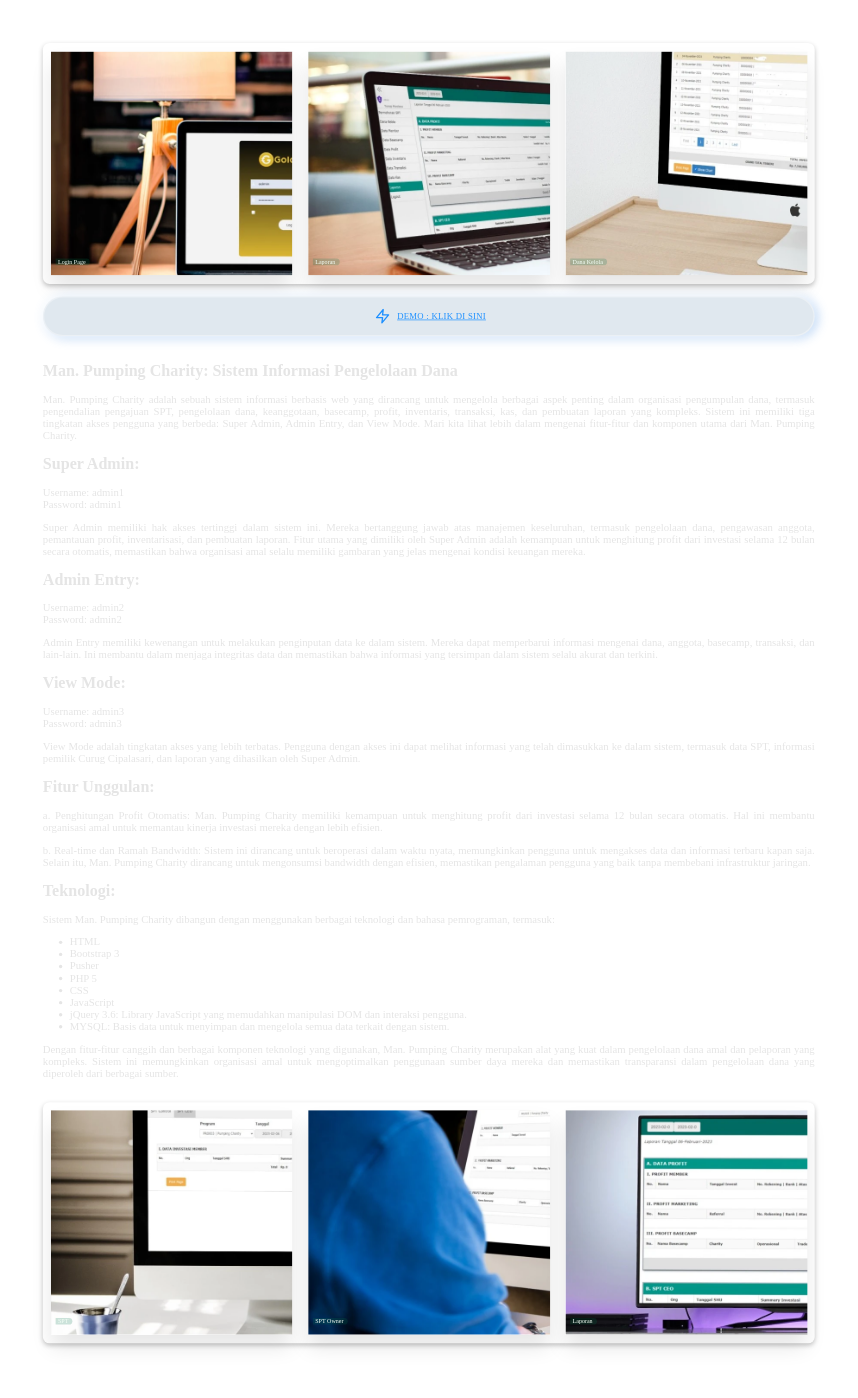
Repository: yusup-maulana/yusup-maulana.github.io
Page: portofolio-manpumping.html
The author's editor kept a copy of each file at every save. The page is drawn from the files as they stood at one save, then again after the next save.
The browser window is 1280 px wide. The pictures show the whole page, at 67% of full size.
Some web fonts or font styles are not loaded; a fallback is used.

Above is the page before, as saved 2023-10-06 21:53:29.

### portofolio-manpumping.html
<style type="text/css">
  @import url("https://fonts.googleapis.com/css?family=Baloo+Chettan+2&display=swap");

  .body2::-webkit-scrollbar {
    width: 0.5em;
  }

  .body2::-webkit-scrollbar-track {
    box-shadow: inset 0 0 6px rgb(167 167 167 / 41%);
    background-color: #061e29;
  }

  .body2::-webkit-scrollbar-thumb {
    background-color: #00f1ffab;
  }

  .body2 {
    font-family: "Baloo Chettan 2";
    color: #e5e5e5;
    margin: 2%;
    text-align: justify;
    padding: 3%;
  }

  .body2 a {
    color: dodgerblue;
  }

  /* table wisata ...................*/
  .twisata {
  }

  .twisata tr {
    background: linear-gradient(90deg, #1193a1, transparent);
    color: white;
    font-weight: 900;
    border: 3px solid #ffffff;
  }

  .twisata tr td {
  }

  .twisata tr td span {
    background: #bdffda;
    font-weight: 900;
    padding: 1px 6px;
    border-radius: 5px;
    color: #08102b;
  }

  /* wisata-container ...................*/
  .container-wisata {
    box-shadow: rgb(0 0 0 / 24%) 0px 3px 8px;
    display: flex;
    width: 100%;
    padding: 1% 0%;
    box-sizing: border-box;
    height: 50vh;
    border-radius: 10px;
  }

  .boxwisata {
    flex: 1;
    overflow: hidden;
    transition: 0.5s;
    margin: 1px 1%;
    box-shadow: 0 20px 30px rgba(0, 0, 0, 0.1);
    line-height: 0;
  }

  .boxwisata > img {
    width: 200%;
    height: calc(100% - 10vh);
    object-fit: cover;
    transition: 0.5s;
    height: 100% !important;
  }

  .boxwisata > span {
    position: relative;
    left: 7px;
    font-size: xx-small;
    color: #f5fff7 !important;
    bottom: 20px;
    white-space: nowrap;
    background-color: rgb(1 118 74 / 20%);
    padding: 0 6px 0 4px;
    border-radius: 0 10px 10px 0;
  }

  .boxwisata:hover {
    flex: 1 1 50%;
  }

  .boxwisata:hover > img {
    width: 100%;
    height: 100%;
  }

  .btn-portofolio {
    display: flex;
    align-items: center;
    justify-content: center;
    gap: 10px;
    font-family: inherit;
    font-size: 13px;
    font-weight: 500;
    text-transform: uppercase;
    letter-spacing: 0.4px;
    color: #7e97b8;
    background-color: #e0e8ef;
    border-style: solid;
    border-width: 2px 2px 2px 2px;
    border-color: rgba(255, 255, 255, 0.333);
    border-radius: 40px 40px 40px 40px;
    padding: 16px 24px 16px 28px;
    transform: translate(0px, 0px) rotate(0deg);
    transition: 0.2s;
    box-shadow: -4px -2px 16px 0px #ffffff,
      4px 2px 16px 0px rgb(95 157 231 / 48%);
  }

  .btn-portofolio:hover {
    color: #516d91;
    background-color: #e5edf5;
    box-shadow: -2px -1px 8px 0px #ffffff, 2px 1px 8px 0px rgb(95 157 231 / 48%);
  }

  .btn-portofolio:active {
    box-shadow: none;
  }
</style>
<div class="container-wisata">
  <div class="boxwisata">
    <img alt="Curug Cipalasari" src="IMG/pumpingcharity/man.pumpingc1.webp" />
    <span>Login Page</span>
  </div>
  <div class="boxwisata">
    <img alt="Curug Cipalasari" src="IMG/pumpingcharity/man.pumpingc2.webp" />
    <span>Laporan</span>
  </div>
  <div class="boxwisata">
    <img alt="Curug Cipalasari" src="IMG/pumpingcharity/man.pumpingc3.webp" />
    <span>Dana Kelola</span>
  </div>
</div>
<br />

<body class="body2">
  <a
    class="btn-portofolio"
    target="_blank"
    href="https://maulana-project122.000webhostapp.com/"
  >
    <svg
      viewBox="0 0 24 24"
      width="24"
      height="24"
      stroke="currentColor"
      stroke-width="2"
      fill="none"
      stroke-linecap="round"
      stroke-linejoin="round"
      class="css-i6dzq1"
    >
      <polygon points="13 2 3 14 12 14 11 22 21 10 12 10 13 2"></polygon>
    </svg>
    Demo : Klik di sini </a
  ><br />
  <h2>Man. Pumping Charity: Sistem Informasi Pengelolaan Dana</h2>
  <p>
    Man. Pumping Charity adalah sebuah sistem informasi berbasis web yang
    dirancang untuk mengelola berbagai aspek penting dalam organisasi
    pengumpulan dana, termasuk pengendalian pengajuan SPT, pengelolaan dana,
    keanggotaan, basecamp, profit, inventaris, transaksi, kas, dan pembuatan
    laporan yang kompleks. Sistem ini memiliki tiga tingkatan akses pengguna
    yang berbeda: Super Admin, Admin Entry, dan View Mode. Mari kita lihat lebih
    dalam mengenai fitur-fitur dan komponen utama dari Man. Pumping Charity.
  </p>

  <h2>Super Admin:</h2>
  <p>Username: admin1<br />Password: admin1</p>
  <p>
    Super Admin memiliki hak akses tertinggi dalam sistem ini. Mereka
    bertanggung jawab atas manajemen keseluruhan, termasuk pengelolaan dana,
    pengawasan anggota, pemantauan profit, inventarisasi, dan pembuatan laporan.
    Fitur utama yang dimiliki oleh Super Admin adalah kemampuan untuk menghitung
    profit dari investasi selama 12 bulan secara otomatis, memastikan bahwa
    organisasi amal selalu memiliki gambaran yang jelas mengenai kondisi
    keuangan mereka.
  </p>

  <h2>Admin Entry:</h2>
  <p>Username: admin2<br />Password: admin2</p>
  <p>
    Admin Entry memiliki kewenangan untuk melakukan penginputan data ke dalam
    sistem. Mereka dapat memperbarui informasi mengenai dana, anggota, basecamp,
    transaksi, dan lain-lain. Ini membantu dalam menjaga integritas data dan
    memastikan bahwa informasi yang tersimpan dalam sistem selalu akurat dan
    terkini.
  </p>

  <h2>View Mode:</h2>
  <p>Username: admin3<br />Password: admin3</p>
  <p>
    View Mode adalah tingkatan akses yang lebih terbatas. Pengguna dengan akses
    ini dapat melihat informasi yang telah dimasukkan ke dalam sistem, termasuk
    data SPT, informasi pemilik Curug Cipalasari, dan laporan yang dihasilkan
    oleh Super Admin.
  </p>

  <h2>Fitur Unggulan:</h2>
  <p>
    a. Penghitungan Profit Otomatis: Man. Pumping Charity memiliki kemampuan
    untuk menghitung profit dari investasi selama 12 bulan secara otomatis. Hal
    ini membantu organisasi amal untuk memantau kinerja investasi mereka dengan
    lebih efisien.
  </p>
  <p>
    b. Real-time dan Ramah Bandwidth: Sistem ini dirancang untuk beroperasi
    dalam waktu nyata, memungkinkan pengguna untuk mengakses data dan informasi
    terbaru kapan saja. Selain itu, Man. Pumping Charity dirancang untuk
    mengonsumsi bandwidth dengan efisien, memastikan pengalaman pengguna yang
    baik tanpa membebani infrastruktur jaringan.
  </p>

  <h2>Teknologi:</h2>
  <p>
    Sistem Man. Pumping Charity dibangun dengan menggunakan berbagai teknologi
    dan bahasa pemrograman, termasuk:
  </p>
  <ul>
    <li>HTML</li>
    <li>Bootstrap 3</li>
    <li>Pusher</li>
    <li>PHP 5</li>
    <li>CSS</li>
    <li>JavaScript</li>
    <li>
      jQuery 3.6: Library JavaScript yang memudahkan manipulasi DOM dan
      interaksi pengguna.
    </li>
    <li>
      MYSQL: Basis data untuk menyimpan dan mengelola semua data terkait dengan
      sistem.
    </li>
  </ul>

  <p>
    Dengan fitur-fitur canggih dan berbagai komponen teknologi yang digunakan,
    Man. Pumping Charity merupakan alat yang kuat dalam pengelolaan dana amal
    dan pelaporan yang kompleks. Sistem ini memungkinkan organisasi amal untuk
    mengoptimalkan penggunaan sumber daya mereka dan memastikan transparansi
    dalam pengelolaan dana yang diperoleh dari berbagai sumber.
  </p>

  <br />
  <div class="container-wisata">
    <div class="boxwisata">
      <img alt="Curug Cipalasari" src="IMG/pumpingcharity/man.pumpingc4.webp" />
      <span>SPT</span>
    </div>
    <div class="boxwisata">
      <img alt="Curug Cipalasari" src="IMG/pumpingcharity/man.pumpingc5.webp" />
      <span>SPT Owner</span>
    </div>
    <div class="boxwisata">
      <img alt="Curug Cipalasari" src="IMG/pumpingcharity/man.pumpingc6.webp" />
      <span>Laporan</span>
    </div>
  </div>
  <br />
</body>

After the next save:
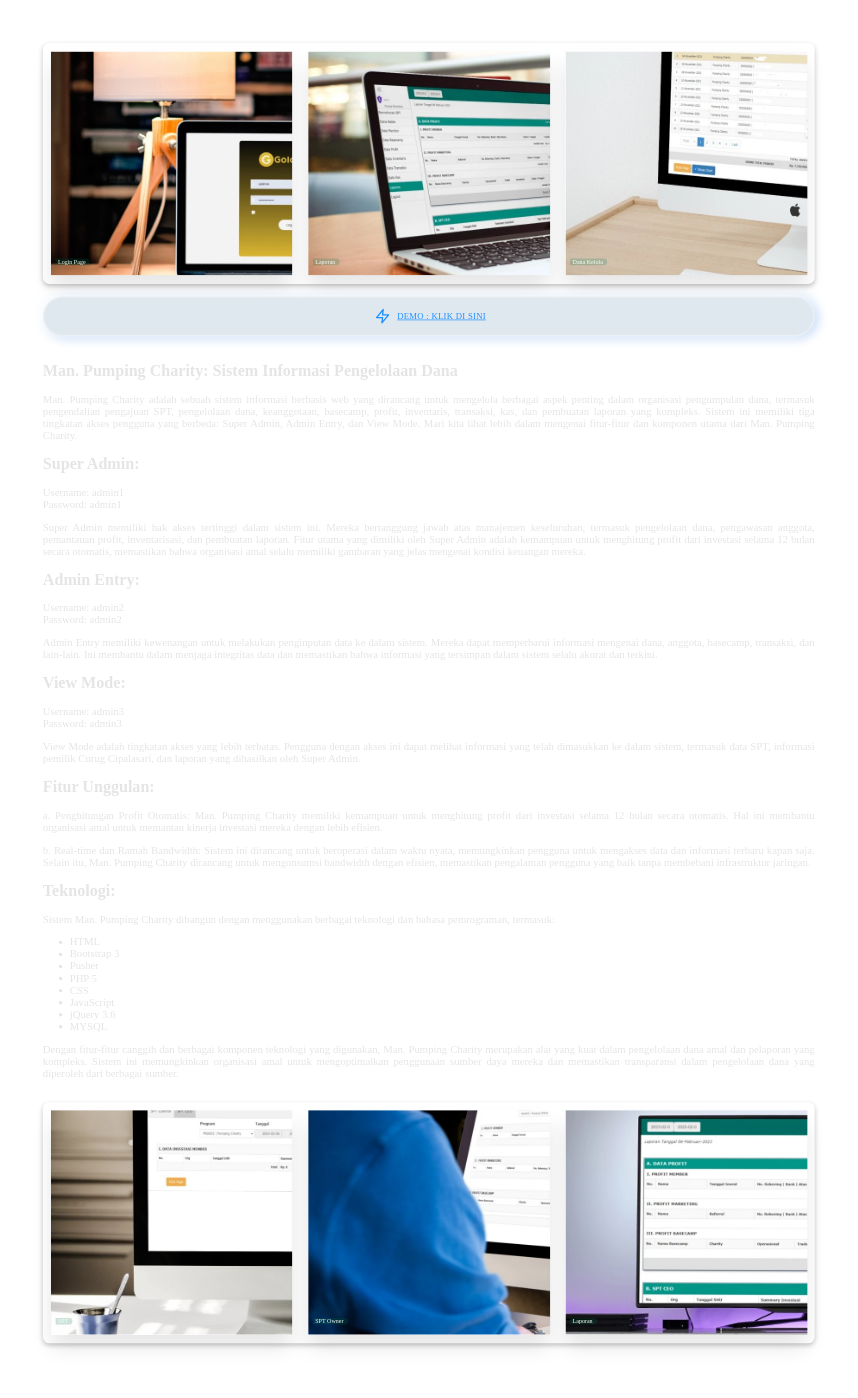
Saved 16 s later.
--- a/portofolio-manpumping.html
+++ b/portofolio-manpumping.html
@@ -236,14 +236,8 @@
     <li>PHP 5</li>
     <li>CSS</li>
     <li>JavaScript</li>
-    <li>
-      jQuery 3.6: Library JavaScript yang memudahkan manipulasi DOM dan
-      interaksi pengguna.
-    </li>
-    <li>
-      MYSQL: Basis data untuk menyimpan dan mengelola semua data terkait dengan
-      sistem.
-    </li>
+    <li>jQuery 3.6</li>
+    <li>MYSQL</li>
   </ul>
 
   <p>
